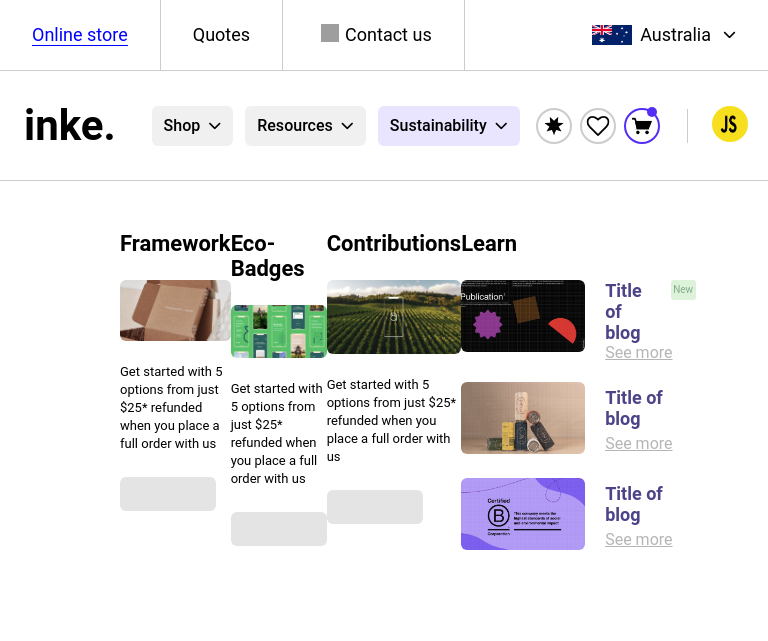
Repository: NguyenMinhKhanhB1909929/Practice_HTML-01
Page: index.html
These files come from the project's save history. The page is drawn as it stood at one moment and after the next save; the edit follows.
The browser window is 768 px wide. The pictures show the whole page.
Pictures or frames that could not be fetched are drawn as grey boxes. Some web libraries are served in a nearby version.

Above is the page before, as saved 2022-04-07 18:55:53.

### index.html
<!DOCTYPE html>
<html lang="en">
  <head>
    <meta charset="UTF-8" />
    <meta http-equiv="X-UA-Compatible" content="IE=edge" />
    <meta name="viewport" content="width=device-width, initial-scale=1.0" />
    <title>Practice 1</title>
    <link rel="stylesheet" href="./asset/style/style.css" />
    <link
      rel="stylesheet"
      href="https://cdnjs.cloudflare.com/ajax/libs/font-awesome/6.1.1/css/all.min.css"
    />
  </head>
  <body>
    <div class="main">
      <header class="header">
        <div class="header__about">
          <div class="header__about-text">
            <a href="" class="active">Online store</a>
          </div>
          <div class="header__about-text">
            <a href="">Quotes</a>
          </div>
          <div class="header__about-text">
            <img
              src="https://emojipedia-us.s3.dualstack.us-west-1.amazonaws.com/thumbs/120/google/313/waving-hand_1f44b.png"
              alt=""
              class="header__about-text__img"
            />
            <p class="m-0">
              <a href="">Contact us</a>
            </p>
          </div>
        </div>
        <div class="header__nation">
          <div class="header__nation-wrap">
            <div class="header__nation-flag">
              <img
                src="./asset/img/Australia.svg.webp"
                alt="abc"
                class="header__nation-flag-img"
              />
            </div>
            <div class="header__nation-name">
              <p class="m-0">Australia</p>
            </div>
            <div class="header__nation-icon">
              <i class="fa-solid fa-chevron-down"></i>
            </div>
          </div>
        </div>
      </header>
      <nav class="nav">
        <div class="nav__category">
          <div class="nav__logo">
            <a href="" class="nav__logo-link">inke.</a>
          </div>

          <div class="nav__category-opt">
            <p class="nav__category-opt-name">Shop</p>
            <div class="nav__category-opt-icon">
              <i class="fa-solid fa-chevron-down"></i>
            </div>
          </div>

          <div class="nav__category-opt">
            <p class="nav__category-opt-name">Resources</p>
            <div class="nav__category-opt-icon">
              <i class="fa-solid fa-chevron-down"></i>
            </div>
          </div>
          <div class="nav__category-opt active-btn">
            <p class="nav__category-opt-name">Sustainability</p>
            <div class="nav__category-opt-icon">
              <i class="fa-solid fa-chevron-down"></i>
            </div>
          </div>
        </div>
        <div class="nav__wrap">
          <div class="nav__icon-wrap">
            <div class="nav__icon">
              <img
                src="./asset/img/seven-pointed-star-vector-icon-seven-pointed-star-icon-vector-seven-pointed-star-icon-seven-pointed-star-vector-icon-96183751.jpg"
                alt=""
                class="nav__icon-img"
              />
            </div>
            <div class="nav__icon">
              <img
                src="./asset/img/heart-icon-free-vector.jpg"
                alt=""
                class="nav__icon-img"
              />
            </div>
            <div class="nav__icon active-icon">
              <img
                src="./asset/img/cart-icon-20.jpg"
                alt=""
                class="nav__icon-img"
              />
            </div>
          </div>
          <div class="nav__dash-wrap">
            <div class="nav__das-group">
              <p class="m-0 nav__das-text">Dashboard</p>
              <div class="nav__dash-icon">
                <i class="fa-solid fa-chevron-down"></i>
              </div>
            </div>
            <div class="nav__dash-user">
              <img
                src="./asset/img/images.png"
                alt=""
                class="nav__dash-user-img"
              />
            </div>
          </div>
        </div>
      </nav>
      <div class="container">
        <div class="row">
          <div class="col">
            <div class="container__heading">
              <p class="m-0 container__heading-name">Framework</p>
            </div>
            <div class="container__content">
              <img
                src="./asset/img/image 1.PNG"
                alt=""
                class="container__content-img"
              />
              <p class="container__content-desc">
                Get started with 5 options from just $25* refunded when you
                place a full order with us
              </p>
            </div>
            <button class="btn"></button>
          </div>
          <div class="col">
            <div class="container__heading">
              <p class="m-0 container__heading-name">Eco-Badges</p>
            </div>
            <div class="container__content">
              <img
                src="./asset/img/image2.PNG"
                alt=""
                class="container__content-img"
              />
              <p class="container__content-desc">
                Get started with 5 options from just $25* refunded when you
                place a full order with us
              </p>
            </div>
            <button class="btn"></button>
          </div>
          <div class="col">
            <div class="container__heading">
              <p class="m-0 container__heading-name">Contributions</p>
            </div>
            <div class="container__content">
              <img
                src="./asset/img/image3.PNG"
                alt=""
                class="container__content-img"
              />
              <p class="container__content-desc">
                Get started with 5 options from just $25* refunded when you
                place a full order with us
              </p>
            </div>
            <button class="btn"></button>
          </div>
          <div class="col">
            <div class="container__heading">
              <p class="m-0 container__heading-name">Learn</p>
            </div>
            <div class="container__content">
              <div class="container__content-group">
                <div class="container__content-group-img">
                  <img
                    src="./asset/img/image4.PNG"
                    alt=""
                    class="content-img"
                  />
                </div>
                <div class="container__content-group-title-more">
                  <div class="container__content-title-group">
                    <p class="container__content-title">Title of blog</p>
                    <a class="container__content-title-btn">New</a>
                  </div>
                  <a href="" class="container__content-more">See more</a>
                </div>
              </div>
              <div class="container__content-group">
                <div class="container__content-group-img">
                  <img
                    src="./asset/img/image6.PNG"
                    alt=""
                    class="content-img"
                  />
                </div>
                <div class="container__content-group-title-more">
                  <p class="container__content-title">Title of blog</p>
                  <a href="" class="container__content-more">See more</a>
                </div>
              </div>
              <div class="container__content-group">
                <div class="container__content-group-img">
                  <img
                    src="./asset/img/image7.PNG"
                    alt=""
                    class="content-img"
                  />
                </div>
                <div class="container__content-group-title-more">
                  <p class="container__content-title">Title of blog</p>
                  <a href="" class="container__content-more">See more</a>
                </div>
              </div>
            </div>
          </div>
        </div>
      </div>
    </div>
  </body>
</html>

### asset/style/style.css
* {
  box-sizing: border-box;
  margin: 0;
  font-family: "Roboto", sans-serif;
}
.m-0 {
  margin: 0;
}
.main {
}
.header {
  padding: 0 30px;
  display: flex;
  font-size: 18px;
  justify-content: space-between;
  border-bottom: 1px solid #ccc;
}
.header__about {
  display: flex;
}
.header__about-text {
  padding: 24px 32px;
  display: flex;
  border-right: 1px solid #ccc;
}
.header__about-text:hover a {
  color: blue;
  cursor: pointer;
}
.header__about-text__img {
  width: 18px;
  height: 18px;
  display: flex;
  align-items: center;
  margin: 0 6px;
}
.header__nation-wrap {
  display: flex;
}
.header__nation-flag {
  display: flex;
  align-items: center;
}
.header__nation-flag-img {
  width: 40px;
}
.header__nation-name {
  padding: 24px 8px;
}
.header__nation-icon {
  display: flex;
  align-items: center;
  margin: 0 32px 0 4px;
  font-size: 13px;
}
.active {
  color: blue;
  border-bottom: 1px solid blue;
}
a {
  text-decoration: none;
  color: #000;
}

.nav {
  padding: 30px 62px;
  display: flex;
  font-size: 18px;
  justify-content: space-between;
  align-items: center;
  border-bottom: 1px solid #ccc;
}
.nav__category {
  display: flex;
  align-items: center;
}
.nav__logo {
  padding: 0 24px;
}
.nav__logo-link {
  font-size: 42px;
  font-weight: bold;
}
.nav__wrap {
  display: flex;
  align-items: center;
}
.nav__icon-wrap {
  display: flex;
  padding-right: 20px;
  position: relative;
  align-items: center;
  position: relative;
}

.nav__icon {
  width: 36px;
  height: 36px;
  border-radius: 100rem;
  border: 2px solid #ccc;
  display: flex;
  justify-content: center;
  align-items: center;
  margin-right: 8px;
}
.active-icon {
  border: 2px solid #552ef5;
  position: relative;
}
.active-icon::after {
  content: "";
  display: block;
  width: 10px;
  height: 10px;
  background-color: #552ef5;
  position: absolute;
  border-radius: 100rem;
  top: -3px;
  right: 1px;
}
.nav__icon-wrap::after {
  content: "";
  position: absolute;
  display: block;
  height: 34px;
  width: 1px;
  background-color: #ccc;
  right: 0;
  top: 50%;
  transform: translateY(-50%);
}
.nav__dash-wrap {
  display: flex;
  align-items: center;
}
.nav__das-text {
  margin-left: 28px;
}
.nav__dash-icon {
  font-size: 13px;
  margin: 0 12px;
}

.nav__category-opt {
  width: 140px;
  height: 40px;
  border-radius: 6px;
  border: none;
  background-color: #f0f0f0;
  margin-left: 12px;
  padding: 0 12px;
  display: flex;
  align-items: center;
  justify-content: space-between;
  font-size: 16px;
  font-weight: 500;
}
.nav__category-opt:hover {
  background-color: #eae5ff;
}
.nav__category-opt-icon {
  font-size: 13px;
  font-weight: bold;
}
.nav__dash-user {
  margin-left: 8px;
}
.nav__dash-user-img {
  width: 36px;
  border-radius: 100rem;
  height: 36px;
}
.nav__icon-img {
  width: 28px;
  height: 28px;
  border-radius: 100rem;
}
.active-btn {
  background-color: #eae5ff;
}
.container {
  margin: 0 120px;
  padding: 50px 0 0 0;
}
.row {
  display: flex;
}
.col {
  width: 25%;
  padding: 0 12px;
}
.container__heading {
}

.container__heading-name {
  font-size: 22px;
  font-weight: 600;
}
.container__content {
  margin-top: 24px;
}
.container__content-img {
  width: 100%;
  border-radius: 6px;
  margin-bottom: 18px;
}
.container__content-desc {
  font-size: 13px;
  line-height: 18px;
}
.btn {
  height: 34px;
  width: 96px;
  background-color: #e4e4e4;
  border: none;
  border-radius: 6px;
  margin-top: 24px;
}
.container__content-group {
  display: flex;
  margin-bottom: 20px;
}
.container__content-group-img {
  margin-right: 20px;
}
.content-img {
  height: 72px;
  width: 124px;
  border-radius: 6px;
}
.container__content-group-title-more {
  display: flex;
  flex-direction: column;
  justify-content: space-evenly;
}
.container__content-title-group {
  display: flex;
}
.container__content-title {
  font-size: 18px;
  font-weight: 600;
  color: #4d4488;
  margin-right: 10px;
}
.container__content-title-btn {
  font-size: 10px;
  background-color: #ddf3d9;
  width: 44px;
  height: 20px;
  border-radius: 3px;
  text-align: center;
  line-height: 20px;
  color: #84aa90;
}
.container__content-more {
  font-size: 16px;
  color: #b5b5b5;
  text-decoration: underline;
}
.nav__das-group {
  display: flex;
  align-items: center;
}

/* ---------------------Responsive------------------- */
/* PC */
@media screen and (min-width: 64em) {
  * {
    color: blue;
  }
}
/* Tablet */
@media screen and (min-width: 46.25em) and (max-width: 63.9375em) {
  /* Header */
  .header {
    padding: 0;
  }
  /* Nav */
  .nav {
    padding-left: 0;
    padding-right: 0;
  }
  .nav__das-group {
    display: none;
  }
  .nav__category-opt {
    width: auto;
  }
  .nav__category-opt-name {
    margin-right: 8px;
  }
  .nav__dash-user {
    margin-left: 24px;
    margin-right: 20px;
  }
  /* Container */
  /* .container {
    margin: 0 10px;
  } */
  /* .row {
    flex-wrap: wrap;
  } */
  .col {
    width: 50%;
    padding: 0;
  }
}

/* Mobile */
@media screen and (max-width: 46.1875em) {
  * {
    color: red;
  }
}

After the next save:
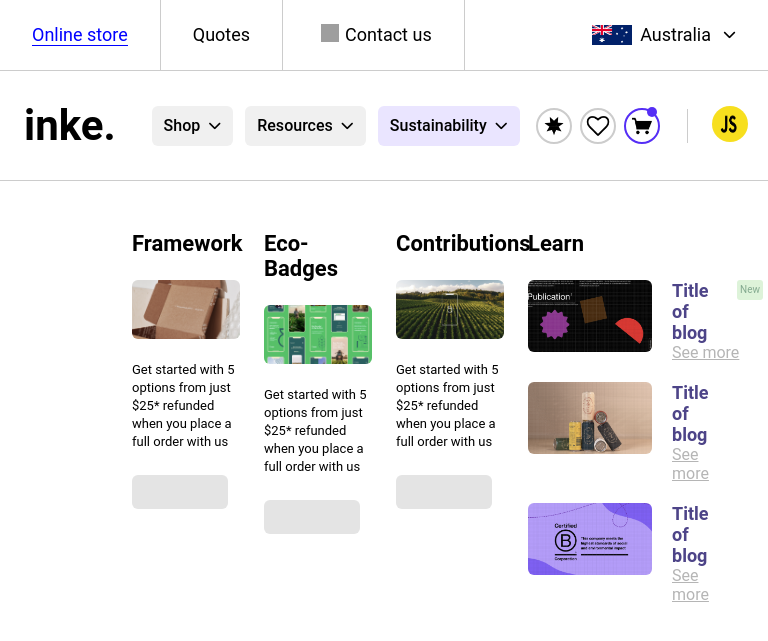
Saved 6 s later.
--- a/asset/style/style.css
+++ b/asset/style/style.css
@@ -300,10 +300,10 @@ a {
   /* .row {
     flex-wrap: wrap;
   } */
-  .col {
+  /* .col {
     width: 50%;
     padding: 0;
-  }
+  } */
 }
 
 /* Mobile */
